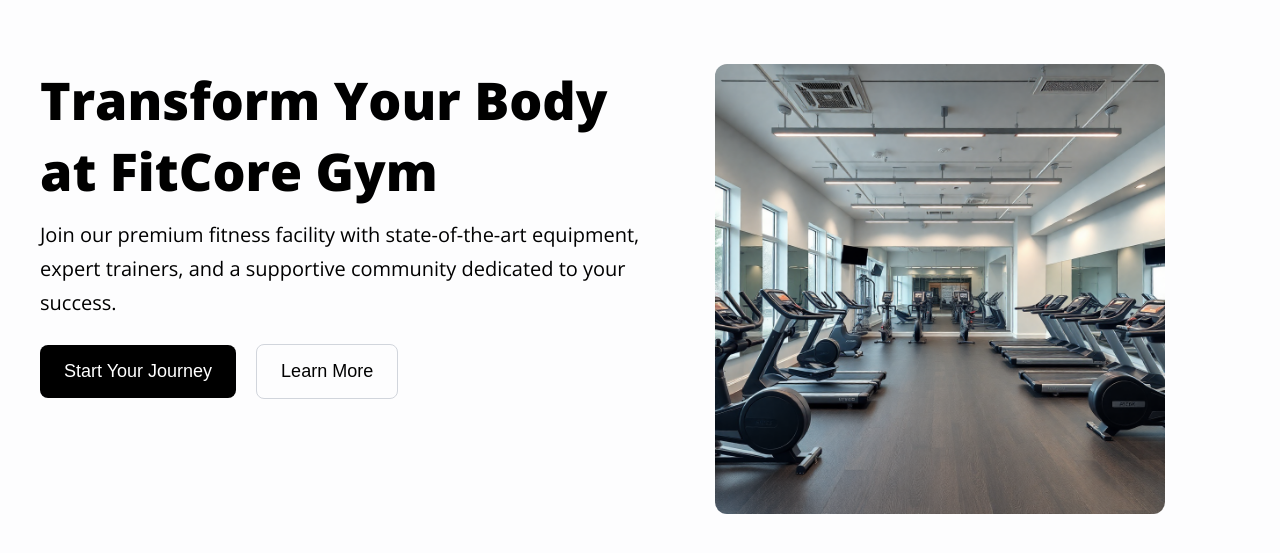
Repository: abdobadawi-ops/Route-Academy-Assignments
Page: Secon Assignment - fit-core-gym/index.html
These files come from the project's save history. The page is drawn as it stood at one moment and after the next save; the edit follows.
The browser window is 1280 px wide. The pictures show the whole page.

Above is the page before, as saved 2026-04-28 12:34:50.

After the next save:
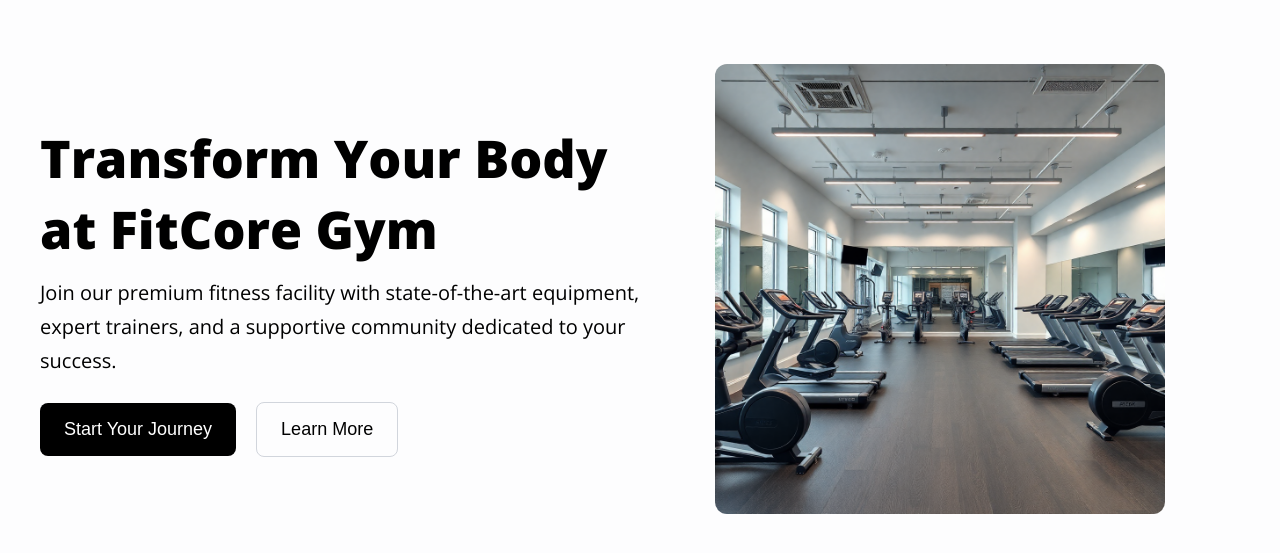
Saved 13 s later.
--- a/Secon Assignment - fit-core-gym/style.css
+++ b/Secon Assignment - fit-core-gym/style.css
@@ -61,7 +61,6 @@
 
   img {
     width: 450px;
-    /* align-self: center; */
     justify-self: center;
     border-radius: 12px;
   }
@@ -70,4 +69,5 @@
 .grid-2-cols {
   display: grid;
   grid-template-columns: repeat(2, 1fr);
+  align-items: center;
 }
